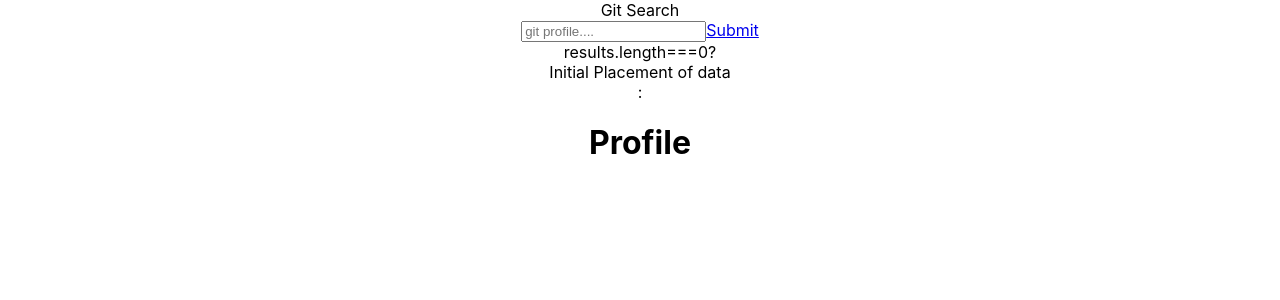
Repository: carlsopa/gitsearch
Page: / (app in gitsearch/)
These files come from the project's save history. The page is drawn as it stood at one moment and after a run of saves; the edit follows.
The browser window is 1280 px wide. The pictures show the whole page.
The project was rebuilt for these pictures with package versions that can differ from the ones it lists, and the page was loaded fresh each time.

Above is the page before, as saved 2020-06-22 20:47:35.

After the next 2 saves:
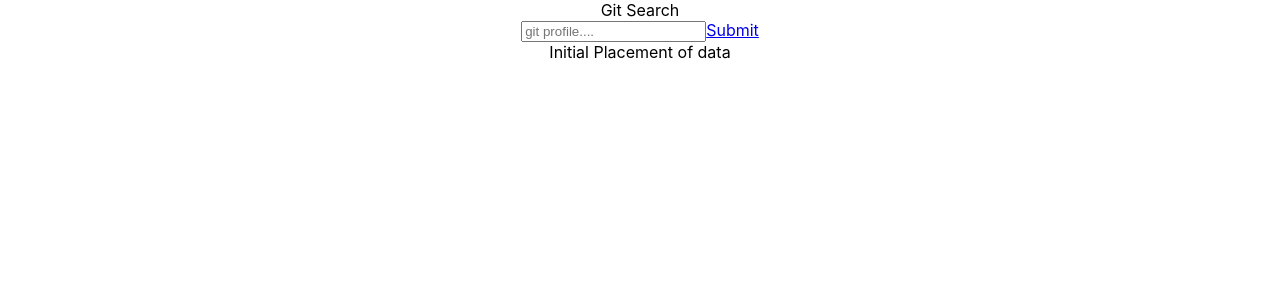
The 2 saves are shown as one change because 1 did not build or start.
The last was saved 5 min 22 s later.
--- a/gitsearch/src/App.js
+++ b/gitsearch/src/App.js
@@ -35,9 +35,9 @@
         <input type="text" id="gitSearch" placeholder="git profile...."/>
         <a href="#" onClick={(e)=>FetchUser()}>Submit</a>
       </header>
-      results.length===0?<Holder/>:
-      <Profile/>
-      <Repos/>
+      <main>
+      {results.length===0?<Holder/>:<div><Profile/><Repos/></div>}
+      </main>
     </div>
   );
 }
